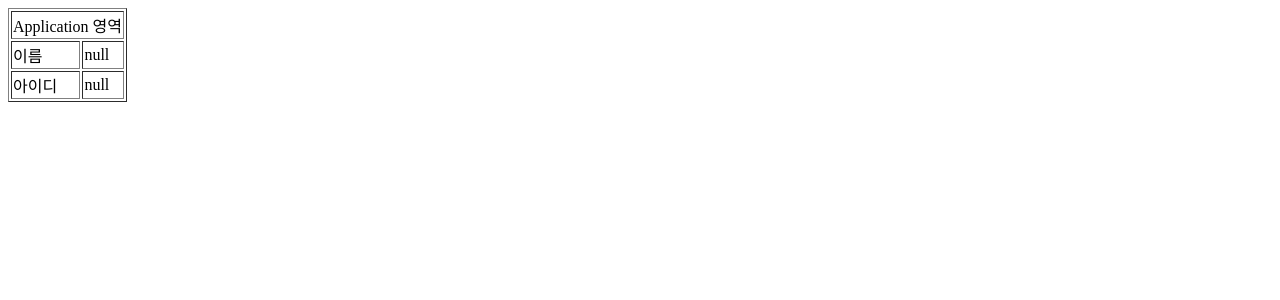
Repository: BancaKim/teamproject4
Page: http://localhost/JspDay3/HiddenTest/IncludeTest3.jsp
The author's editor kept a copy of each file at every save. The page is drawn from the files as they stood at one save, then again after the next save.
The browser window is 1280 px wide. The pictures show the whole page.
The page is served by Tomcat 9.

Above is the page before, as saved 2024-05-02 02:22:39.

After the next save:
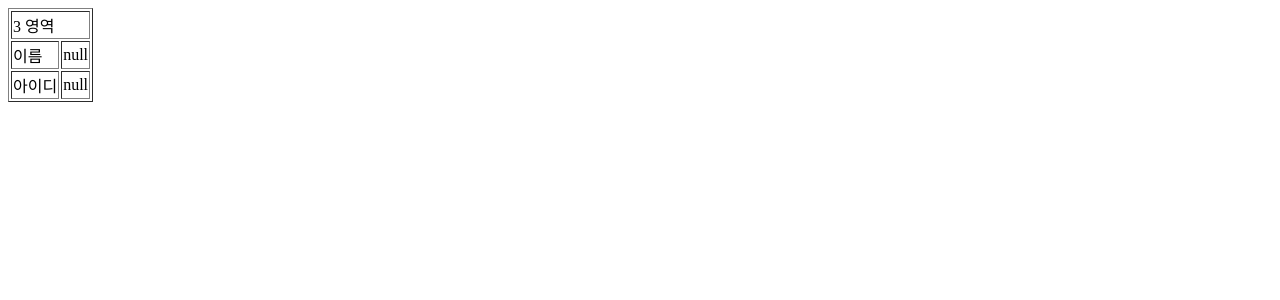
Saved 114 s later.
--- a/JspDay3/src/main/webapp/HiddenTest/IncludeTest3.jsp
+++ b/JspDay3/src/main/webapp/HiddenTest/IncludeTest3.jsp
@@ -9,6 +9,7 @@
 </head>
 <body>
 
+
 <%
 	String name = request.getParameter("name");
 	String id = request.getParameter("id");
@@ -16,7 +17,7 @@
 %>
 <table border=1>
 <tr>
-<td colspan="2">Application 영역</td>
+<td colspan="2">3 영역</td>
 </tr>
 <tr>
 	<td>이름</td>
